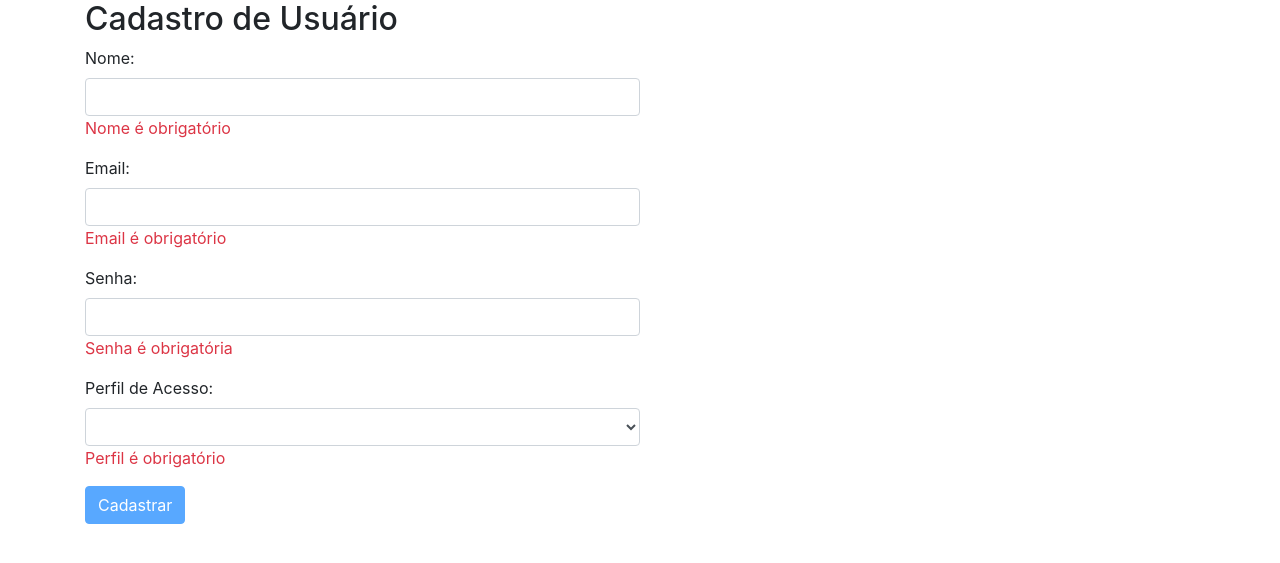
Repository: AndersonSchinemann/ProjetoSaas
Page: TopData/src/main/resources/static/views/cadastro.html
The author's editor kept a copy of each file at every save. The page is drawn from the files as they stood at one save, then again after the next save.
The browser window is 1280 px wide. The pictures show the whole page.

Above is the page before, as saved 2023-11-18 20:28:30.

After the next save:
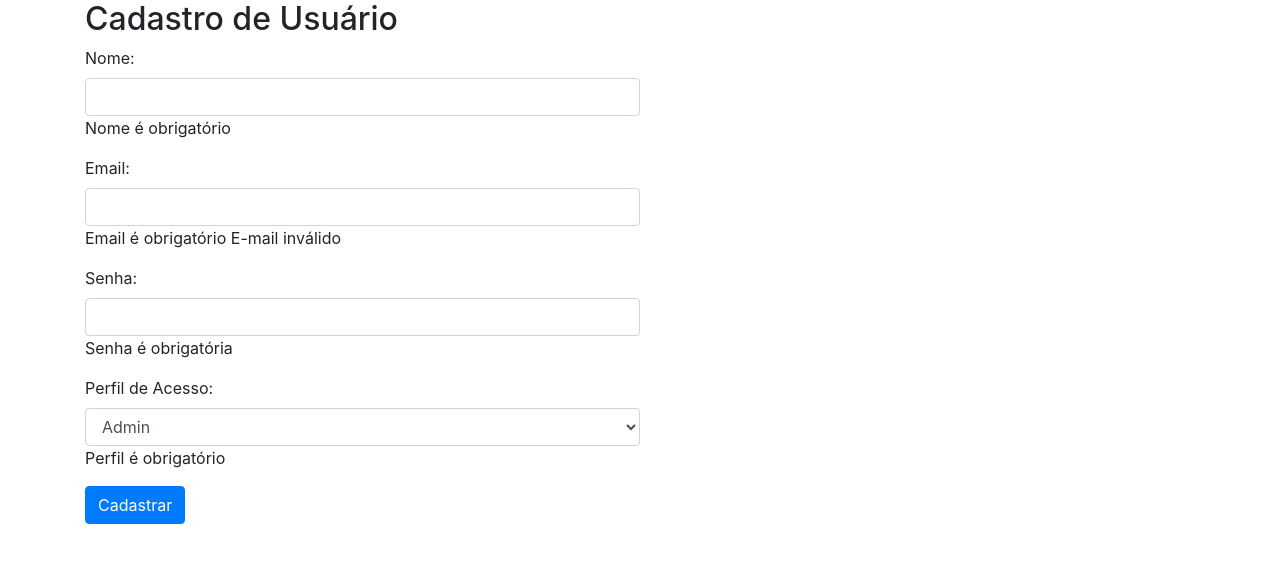
Saved 71 s later.
--- a/TopData/src/main/resources/static/views/cadastro.html
+++ b/TopData/src/main/resources/static/views/cadastro.html
@@ -16,7 +16,7 @@
 <script src="js/controllerCad.js"></script>
 
 
-<div class="container text-left" ng-app="CadastroApp" ng-controller="CadastroController">
+<div class="container text-left" ng-app="CadastroApp" ng-controller="UsuarioController">
   <h2>Cadastro de Usuário</h2>
 
   <form name="formulario" ng-app>

After the save that followed:
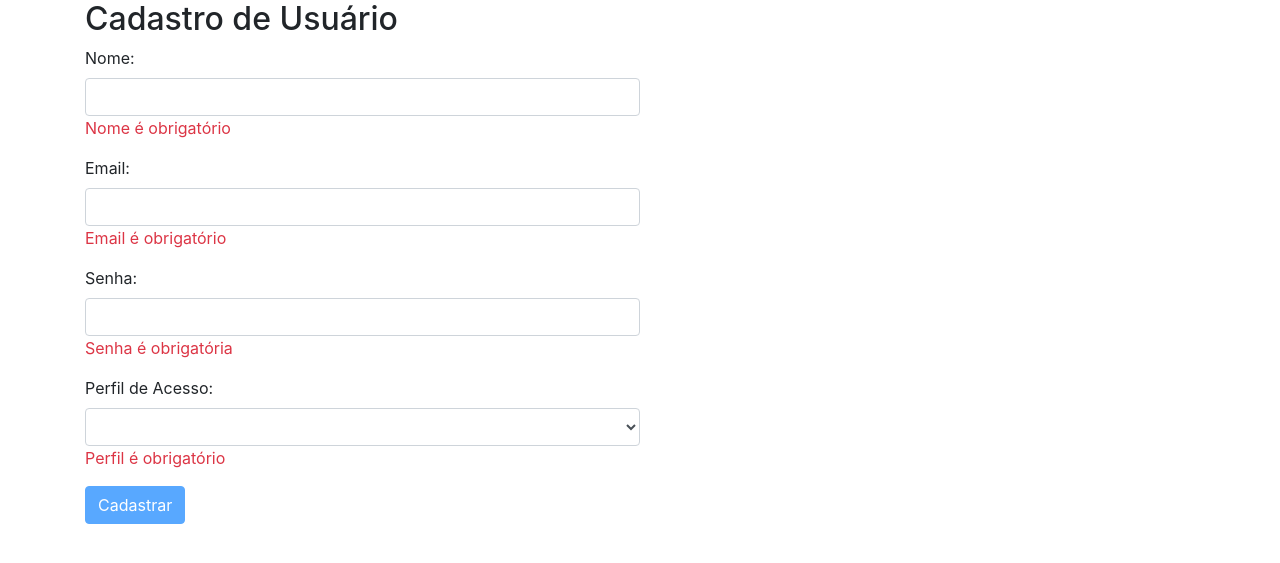
Saved 5 min 17 s later.
--- a/TopData/src/main/resources/static/js/controllerCad.js
+++ b/TopData/src/main/resources/static/js/controllerCad.js
@@ -1,7 +1,7 @@
 var app = angular.module('CadastroApp',  []);
 
 
-app.controller('CadastroController', function($scope, $http) {
+app.controller('UsuarioController', function($scope, $http) {
     $scope.usuario = {};
 
     $scope.cadastrarUsuario = function() {
